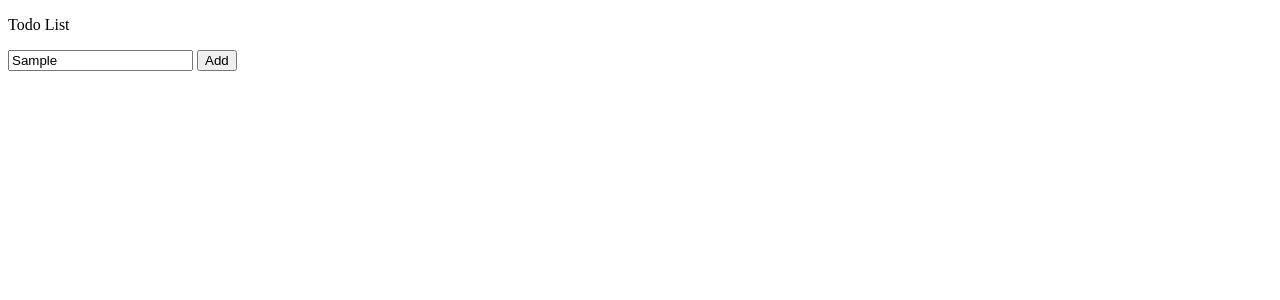
Repository: Samkiroko/Javascript-course
Page: Todo-list/arrays-loops.html
An editor plug-in stored every save of this project. The page is shown before and after the next save, followed by the edit.
The browser window is 1280 px wide. The pictures show the whole page.
Empty fields were first filled with sample values (such as "Sample", 5 or name@example.com).
After loading, the first visible `button` was clicked once.

Above is the page before, as saved 2023-08-28 12:56:03.

### Todo-list/arrays-loops.html
<!DOCTYPE html>
<html lang="en">
  <head>
    <meta charset="UTF-8" />
    <meta name="viewport" content="width=device-width, initial-scale=1.0" />
    <title>Arrays and Loops</title>
  </head>
  <body>
    <div>
      <p>Todo List</p>
      <input type="text" class="js-input" placeholder="Add a todo" />
      <button
        onclick="addTodo();
      "
      >
        Add
      </button>
    </div>
    <script src="script.js"></script>
  </body>
</html>

### Todo-list/script.js
const todoList = [];

function addTodo() {
  const inputElement = document.querySelector('.js-input');
  const todoText = inputElement.value;
  todoList.push(todoText);
  console.log(todoText);
}

After the next save:
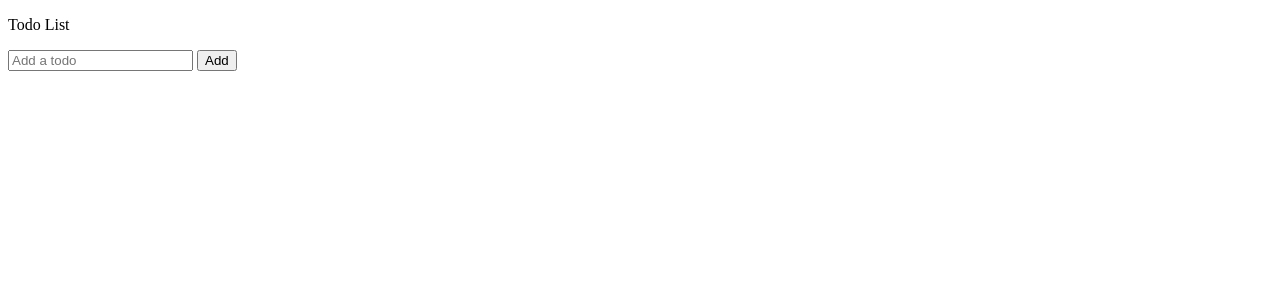
Saved 65 s later.
--- a/Todo-list/script.js
+++ b/Todo-list/script.js
@@ -4,5 +4,6 @@ function addTodo() {
   const inputElement = document.querySelector('.js-input');
   const todoText = inputElement.value;
   todoList.push(todoText);
-  console.log(todoText);
+  inputElement.value = '';
+  console.log(todoList);
 }
